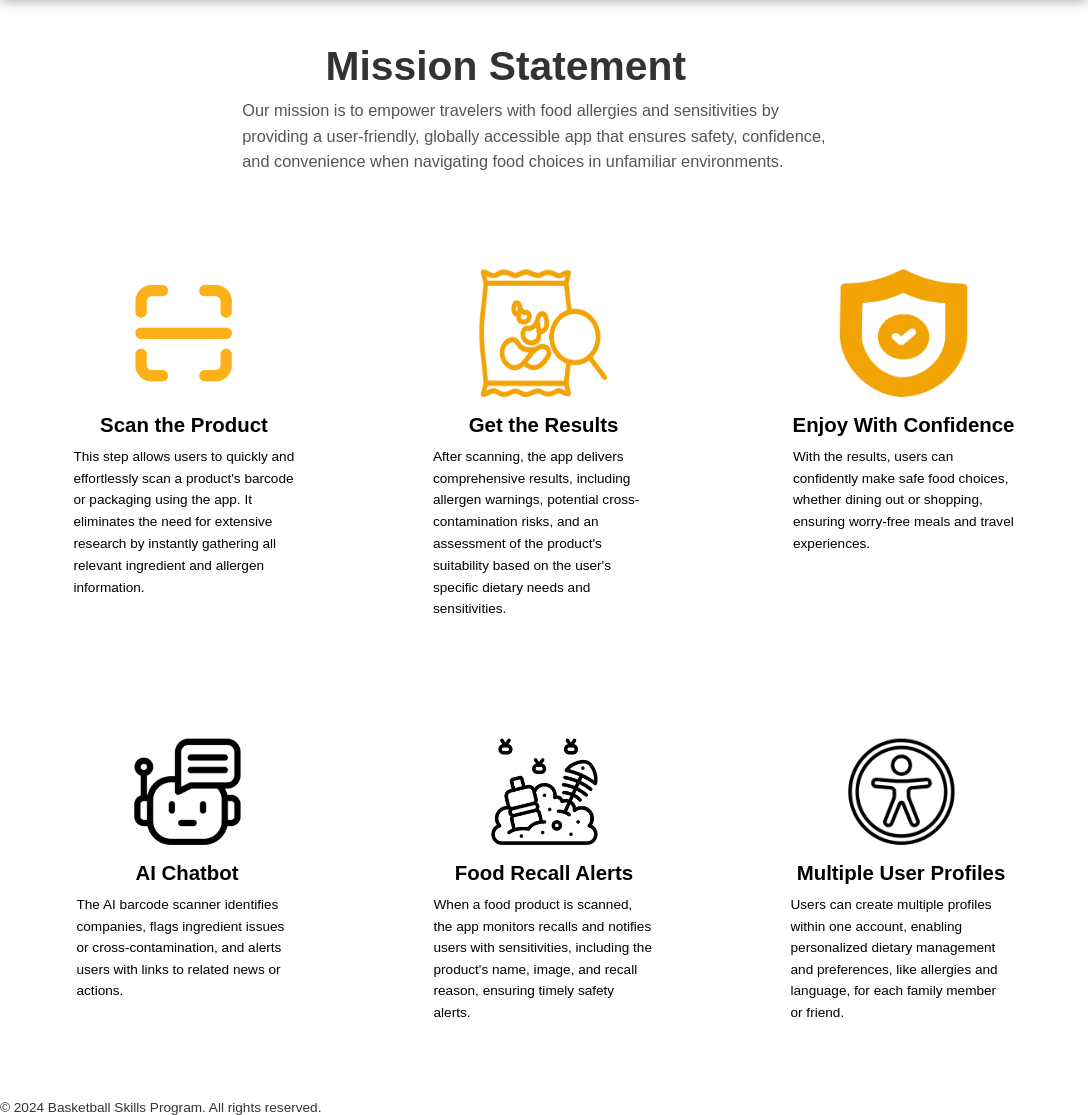
Repository: GavinPahal/landingpage
Page: /
An editor plug-in stored every save of this project. The page is shown before and after the next save, followed by the edit.
The browser window is 1280 px wide. The pictures show the part of the page from y = 720 to 2032 px (the page is 2032 px tall), at 85% of full size.
The project was rebuilt for these pictures with package versions that can differ from the ones it lists, and the page was loaded fresh each time. The framework's server and built-in components were replaced by stand-ins that run in the browser. Also part of the build but not shown: next.config.mjs.

Above is the page before, as saved 2024-11-28 18:03:08.

After the next save:
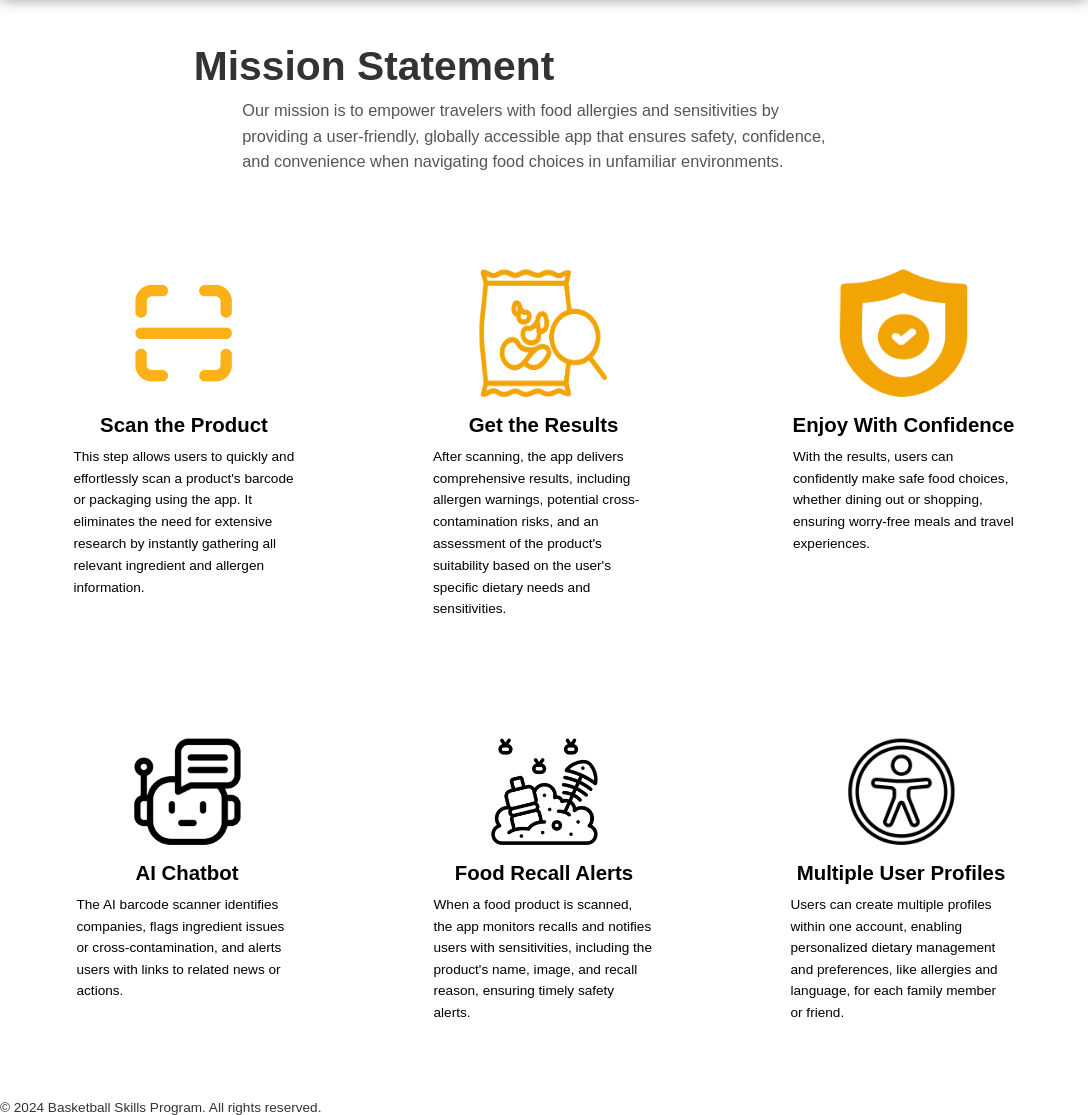
Saved 5 s later.
--- a/styles/globals.css
+++ b/styles/globals.css
@@ -252,7 +252,7 @@ body {
   color: #333;
   margin-bottom: 10px;
   font-weight: bold;
-  padding-right: 90px;
+  padding-right: 400px;
 }
 
 .missionStatement p {
